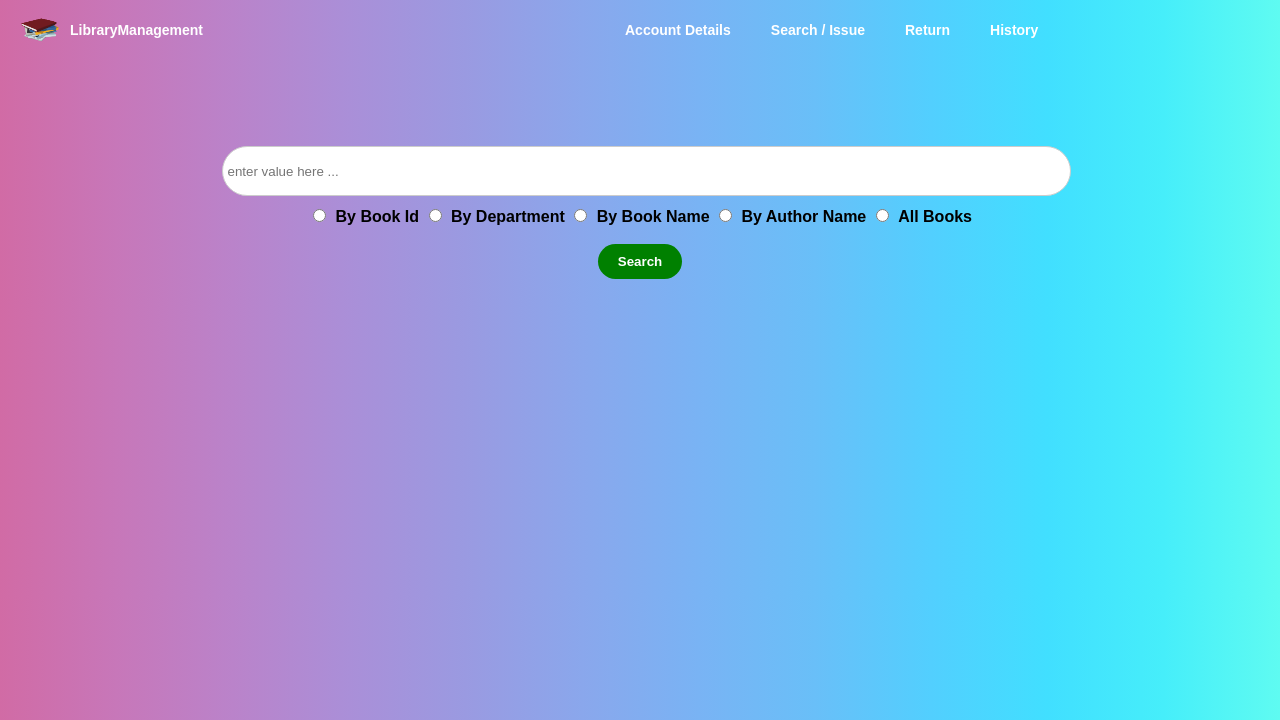
Repository: amitSai12/CMS
Page: http://localhost/LibraryManagementDemo/Search.jsp
The author's editor kept a copy of each file at every save. The page is drawn from the files as they stood at one save, then again after the next save.
The browser window is 1280 px wide. The pictures show the whole page.
The page is served by Tomcat 9.

Above is the page before, as saved 2023-10-01 22:12:18.

After the next save:
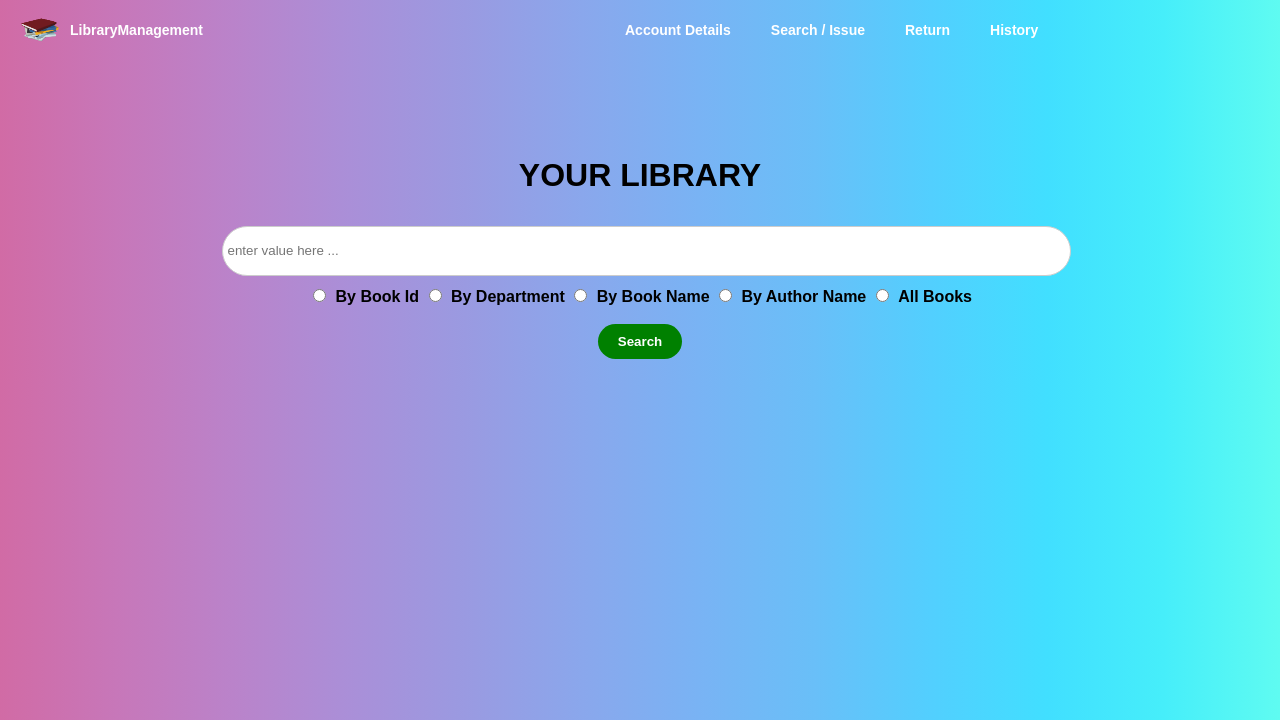
Saved 107 s later.
--- a/Day1_Thu/LibraryManagementDemo/src/main/webapp/Search.jsp
+++ b/Day1_Thu/LibraryManagementDemo/src/main/webapp/Search.jsp
@@ -13,6 +13,9 @@
 <form method="get" action="AllBooks.jsp" class="search-form">
 
 <center>
+<div class="highlight">
+	<h1>YOUR LIBRARY</h1>
+</div>
 <div class="search-container">
     <input type="text" name="searchvalue" id="searchvalue" placeholder="enter value here ...">
 </div>
